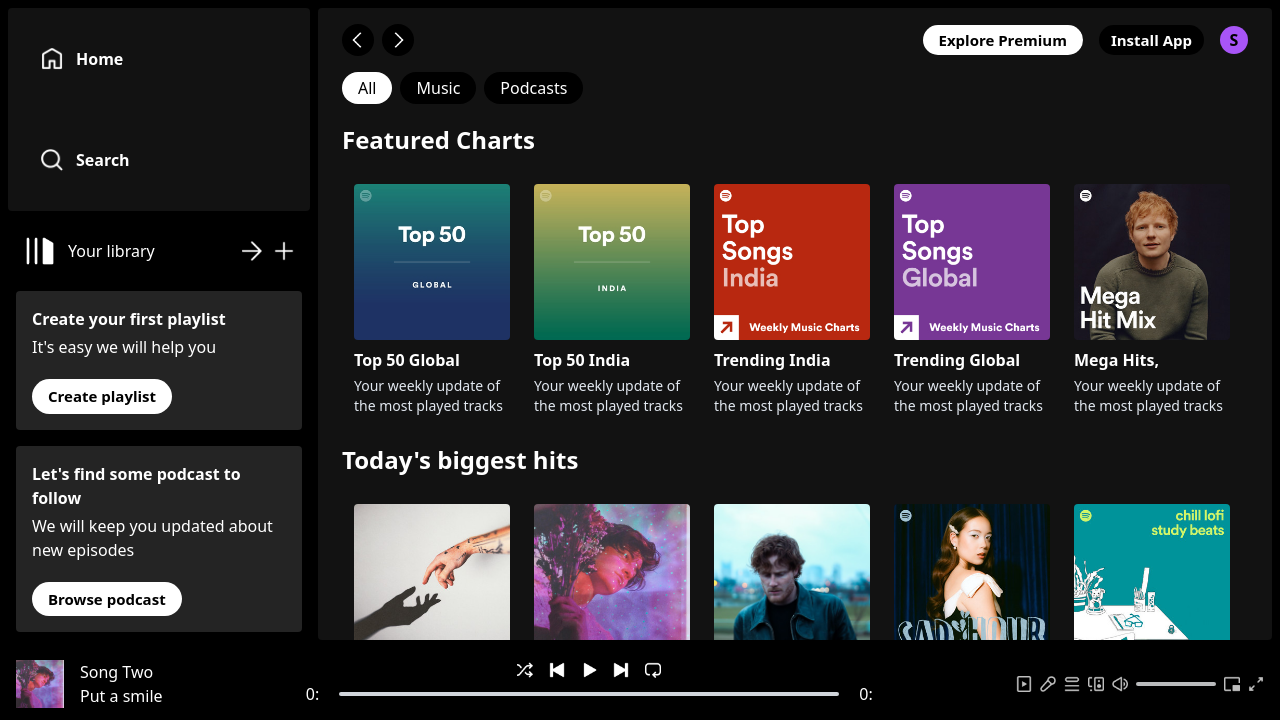
Repository: duttasayan835/Spotify_clone
Page: /
The author's editor kept a copy of each file at every save. The page is drawn from the files as they stood at one save, then again after the next save.
The browser window is 1280 px wide. The pictures show the whole page.
An inner scrolling area shows only its first screen. The project was rebuilt for these pictures with package versions that can differ from the ones it lists, and the page was loaded fresh each time. Also part of the build but not shown: vite.config.js, src/Components/DisplayAlbum.jsx. Imported but missing from the stored project, and not drawn on this page: src/assets/song1.mp3, src/assets/song2.mp3, src/assets/song3.mp3.

Above is the page before, as saved 2024-08-11 22:12:52.

After the next save:
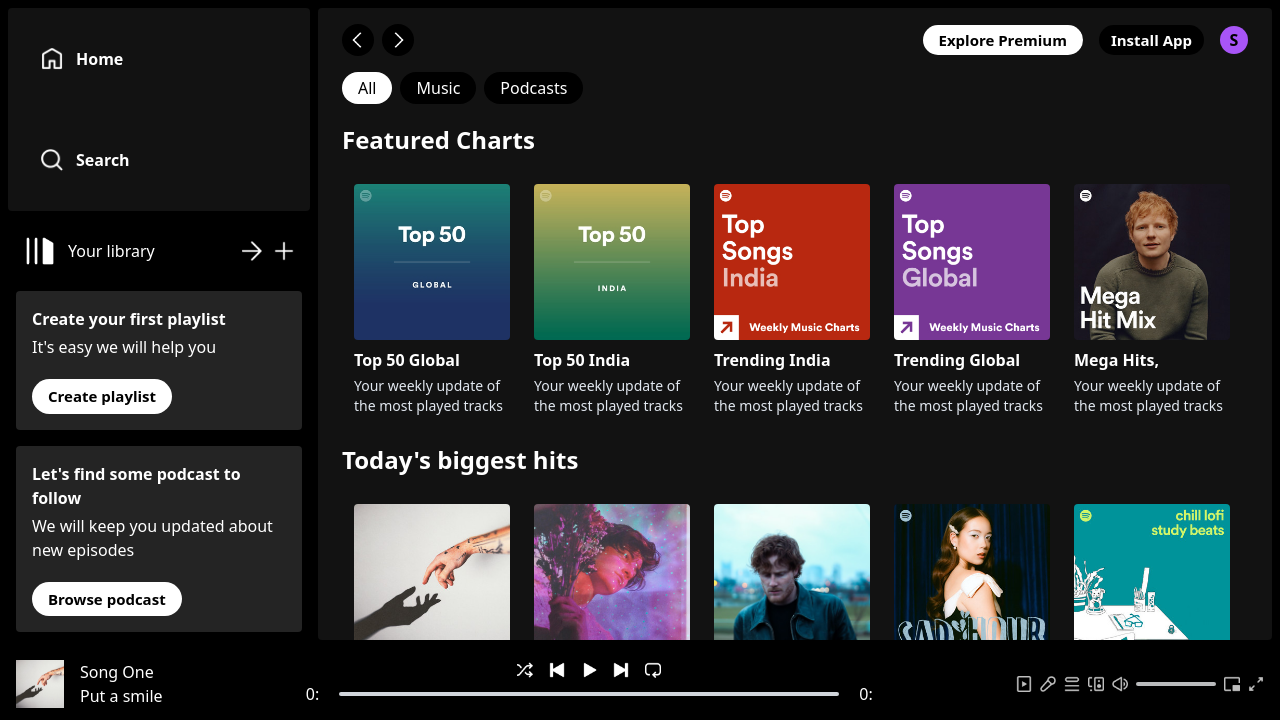
Saved 7 min 56 s later.
--- a/src/Context/PlayerContext.jsx
+++ b/src/Context/PlayerContext.jsx
@@ -1,4 +1,4 @@
-import { createContext, useRef, useState } from "react";
+import { createContext, useEffect, useRef, useState } from "react";
 import { songsData } from "../assets/assets";
 export const PlayerContext = createContext();
 const PlayerContextProvider = (props) => {
@@ -6,7 +6,7 @@
   const SeekBg = useRef();
   const SeekBar = useRef();
 
-  const [track, setTrack] = useState(songsData[1]);
+  const [track, setTrack] = useState(songsData[0]);
   const [playStatus, setPlayStatus] = useState(false);
   const [time, setTime] = useState({
     currentTime: { seconds: 0, minute: 0 },
@@ -20,6 +20,23 @@
     audioRef.current.pause();
     setPlayStatus(false);
   };
+
+  useEffect(() => {
+    setTimeout(() => {
+      audioRef.current.ontimeupdate = () => {
+        setTime({
+          currentTime: {
+            seconds: Math.floor(audioRef.current.currentTime % 60),
+            minute: Math.floor(audioRef.current.currentTime / 60),
+          },
+          totalTime: {
+            seconds: Math.floor(audioRef.current.duration % 60),
+            minute: Math.floor(audioRef.current.duration / 60),
+          },
+        });
+      };
+    }, 1000);
+  }, [audioRef]);
 
   const contextValue = {
     audioRef,
